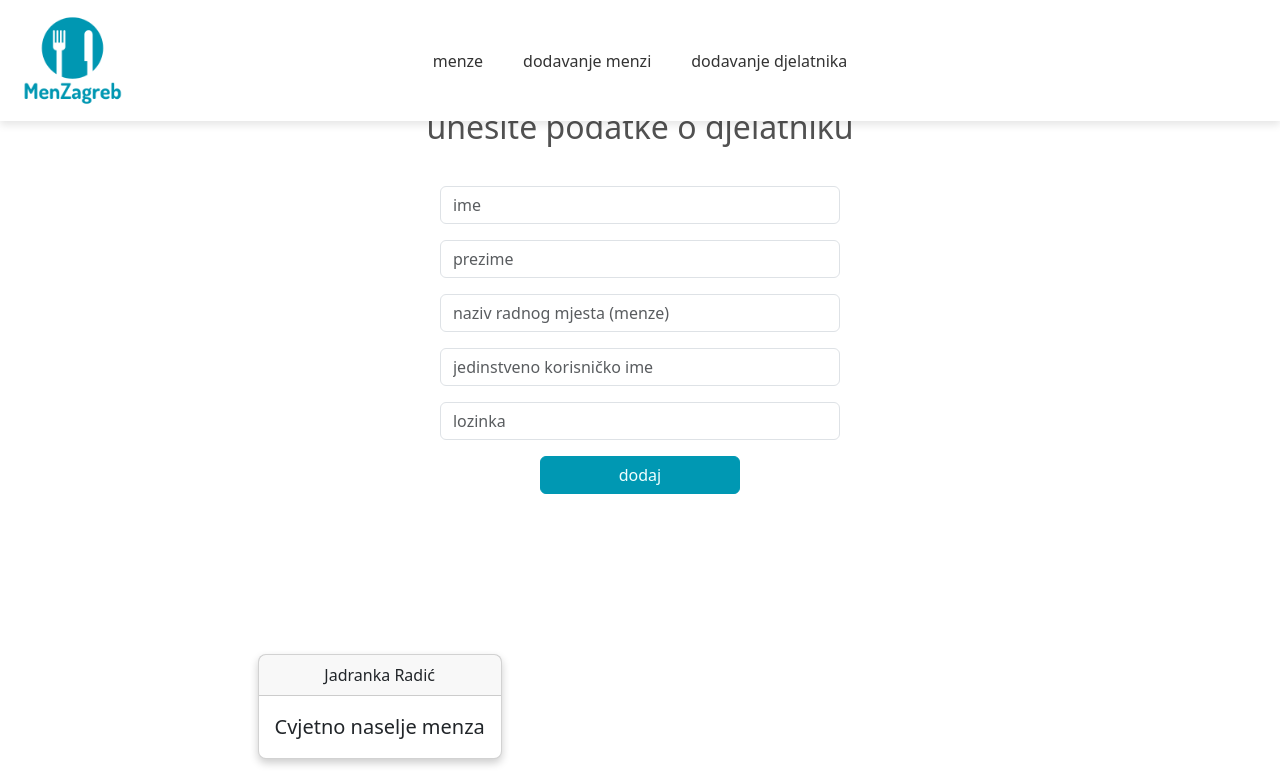
Repository: MENZG/menZg
Page: /admin/dodajDjelatnika (app in IzvorniKod/)
These files come from the project's save history. The page is drawn as it stood at one moment and after the next save; the edit follows.
The browser window is 1280 px wide. The pictures show the whole page.
The project was rebuilt for these pictures with package versions that can differ from the ones it lists, and the page was loaded fresh each time. Also part of the build but not shown: IzvorniKod/vite.config.ts, IzvorniKod/src/Components/LoginForm.tsx, IzvorniKod/src/Components/AdminLogin.tsx, IzvorniKod/src/Components/EmployeeLogin.tsx, IzvorniKod/src/Components/NavBar.tsx, IzvorniKod/src/Components/ListaMenza.tsx, IzvorniKod/src/Components/Profil.tsx, IzvorniKod/src/Components/AddMenza.tsx and 5 more.

Above is the page before, as saved 2024-11-07 13:56:07.

After the next save:
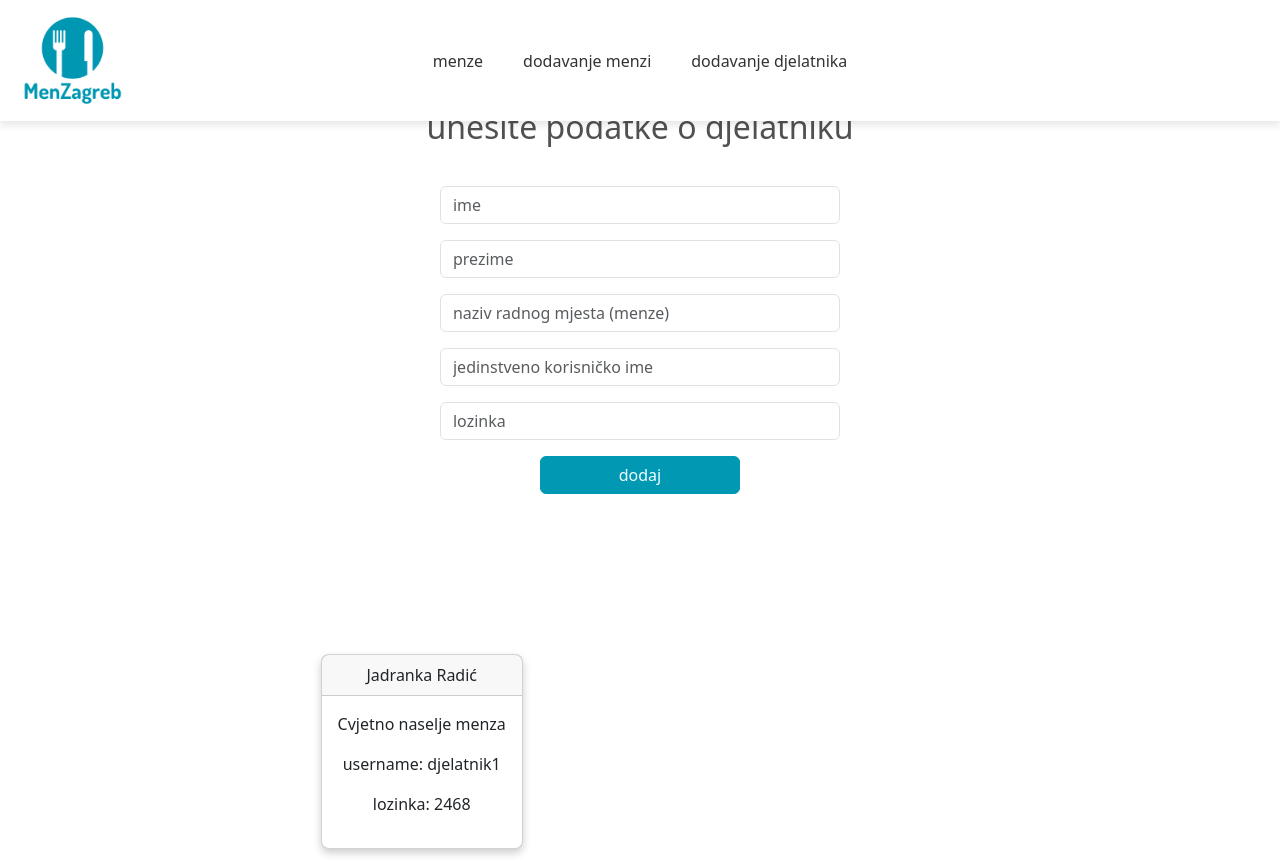
Saved 61 s later.
--- a/IzvorniKod/src/Components/ListaEmployees.tsx
+++ b/IzvorniKod/src/Components/ListaEmployees.tsx
@@ -6,9 +6,9 @@ const ListaEmployees = () => {
       <div className="card">
         <div className="card-header">Jadranka Radić</div>
         <div className="card-body">
-          <blockquote className="blockquote mb-0">
-            <p>Cvjetno naselje menza</p>
-          </blockquote>
+          <p>Cvjetno naselje menza</p>
+          <p>username: djelatnik1</p>
+          <p>lozinka: 2468</p>
         </div>
       </div>
     </div>
